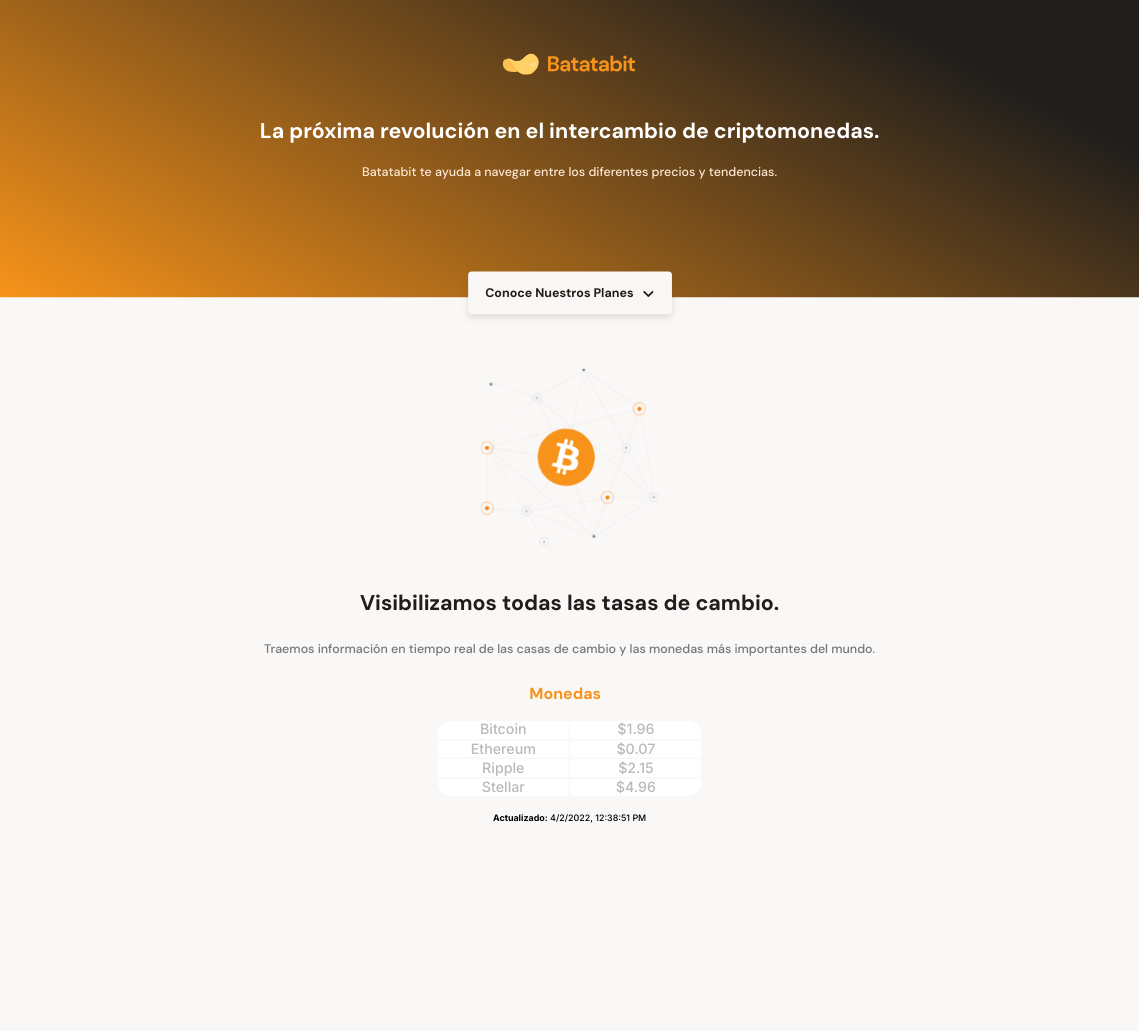
Repository: Pandrea-hub/Batatabit
Page: index.html
The author's editor kept a copy of each file at every save. The page is drawn from the files as they stood at one save, then again after the next save.
The browser window is 1280 px wide. The pictures show the whole page, at 89% of full size.

Above is the page before, as saved 2022-04-09 22:15:28.

### index.html
<!DOCTYPE html>
<html lang="en">
<head>
    <meta charset="UTF-8">
    <meta http-equiv="X-UA-Compatible" content="IE=edge">
    <meta name="viewport" content="width=device-width, initial-scale=1.0">
    <title>Document</title>
    <link rel="preconnect" href="https://fonts.googleapis.com">
    <link rel="preconnect" href="https://fonts.gstatic.com" crossorigin>
    <link href="https://fonts.googleapis.com/css2?family=DM+Sans:wght@400;500;700&family=Inter:wght@300;500;700&display=swap" rel="stylesheet">
    <link rel="stylesheet" href="./style.css">
</head>
<body>
    <header>

        <img src="./assets/img/logo.svg" alt="Logo del header donde estara una patata y el nombre que es Batatabit"/>
        <div class="header--title-container">
            <h1>La próxima revolución en el intercambio de criptomonedas.</h1>
            <p>Batatabit te ayuda a navegar entre los diferentes precios y tendencias.</p>
            <a href="" class="header--button">Conoce Nuestros Planes<span></span></a>
        </div>
    </header>


    <main>
        <section class="main-exchange--container">
            <div class="backgroungImg"></div>
            <div class="main-exchange--container--title">
                <h2>Visibilizamos todas las tasas de cambio.</h2>
                <p>Traemos información en tiempo real de las casas de cambio y las monedas más importantes del mundo.</p>
            </div>

            <section class="main-tables-container">
                <div class="main-currency-table">
                    <p class="currency-table--title">Monedas</p>
                    <div class="currency-table--container">
                        <table>
                            <tr>
                                <tr>
                                    <td class="table__top--left">Bitcoin</td>
                                    <td class="table__top--right table__right">$1.96 <span></span></td>
                                </tr>
                                <tr>
                                    <td>Ethereum</td>
                                    <td class="table__right">$0.07</td>
                                </tr>
                                <tr>
                                    <td>Ripple</td>
                                    <td class="table__right">$2.15</td>
                                </tr>
                                <tr>
                                    <td class="table__bottom--left">Stellar</td>
                                    <td class="table__bottom-right">$4.96</td>
                                </tr>
                            </tr>
                        </table>
                    </div>

                    <div class="currency-table--date">
                        <p><b>Actualizado:</b> <script> document.write(new Date().toLocaleString());</script> </p></p>
                    </div>

                </div>
            </section>
        </section>


        <section>

        </section>



        <section></section>



        <section></section>
    </main>

    <footer></footer>

</body>
</html>

### style.css
/*
1. Position
2. Box model
3. typography
4. Visual themes
5. Others
*/

:root{
    --bitcoin-orange:#F7931A;
    --soft-orange:#FFE9D4;
    --secondary-blue:#1A9AF7;
    --soft-blue:#E7F5FF;
    --warm-black:#201E1C;
    --black: #201e1c;
    --grey: #bababa;
    --off-white: #faf8f7;
    --just-white: #fff;
}

*{
    padding: 0;
    margin: 0;
    box-sizing: border-box;
}


html{
    font-size: 62.5%;
    font-family: "DM Sans", sans-serif;
}

header{
    position: relative;
    display: flex;
    flex-direction:column;
    justify-content: center;
    width: 100%;
    height: 334px;
    min-width: 320px;
    text-align: center;
    background: linear-gradient(207.8deg, #201E1C 16.69%, #F7931A 100%);

}

header img{
    width: 150px;
    height: 24px;
    margin-top: 60px;
    align-self: center;
}

.header--title-container{
    width: 90%;
    min-width: 288px;
    max-width: 900px;
    height: 218px;
    margin-top: 50px;
    text-align: center;
    align-self:center;
}

.header--title-container h1{
    font-size: 2.4rem;
    font-weight: bold;
    line-height: 2.6rem;
    color: var(--just-white);
}

.header--title-container p{
    font-size: 1.4rem;
    font-weight: 500;
    line-height: 1.8rem;
    color:var(--soft-orange);
    margin-top: 2.4rem;
}


.header--title-container .header--button{
    left: calc(50% - 229px/2);
    position: absolute;
    top: 270px;
    display: block;
    margin-top: 35px;
    padding: 15px;
    width: 229px;
    height: 48px;
    background-color: var(--off-white);
    /* Box shadow */
    box-shadow: 0px 4px 8px rgba(89, 73, 30, 0.16);
    border-radius: 4px;
    font-weight: bold;
    font-size: 14px;
    line-height: 18px;
    color:var(--warm-black);
    text-decoration: none;
}

.header--button span{
    display: inline-block;
    width: 13px;
    height: 8px;
    margin-left: 10px;
    background-image: url('./assets/icons/down-arrow.svg');
}

main{
    width: 100%;
    height: auto;
    background-color:var(--off-white);
    min-width: 320px;
}


.main-exchange--container{
    width: 100%;
    height: auto;
    padding-top: 80px;
    padding-bottom: 30px;
    text-align: center;
}

.main-exchange--container--title{
    width: 100%;
    min-width: 288px;
    max-width: 900px;
    margin: 0 auto;
}

.main-exchange--container .backgroungImg{
    width: 200px;
    height: 200px;
    margin: 0 auto;
    margin-bottom: 50px;
    background-image: url(./assets/img/bitcoin.svg);
    background-size: cover;
    background-position: center;
    background-repeat: no-repeat;
}


.main-exchange--container--title h2{
    margin-bottom: 30px;
    font-size: 2.4rem;
    font-weight: bold;
    line-height: 2.6rem;
    align-self:center;
    color:var(--warm-black);
}


.main-exchange--container--title p{
    margin-bottom: 30px;
    font-size: 1.4rem;
    line-height: 1.8rem;
    font-weight: 500;
    color:#757575;
}



.main-currency-table{
    display: flex;
    flex-direction: column;
    width: 70%;
    min-width: 235px;
    max-width: 500px;
    height: 360px;
    margin: 0 auto;
    font-family: "Inter", sans-serif;
}

.main-currency-table .currency-table--title{
    margin-bottom: 15px;
    font-size: 1.8rem;
    font-weight: bold;
    line-height: 2.3rem;
    font-family: "DM Sans";
    color:var(--bitcoin-orange);
    margin-left: -10px;
}


.currency-table--container{
    width: 90%;
    min-width: 230px;
    max-width: 300px;
    height: 90px;
    margin: 0 auto;
}

.currency-table--container table{
    width: 100%;
    height: 100%;
}


.currency-table--container td{
    width: 50%;
    font-size: 1.6rem;
    font-weight: 500;
    line-height: 1.9rem;
    color:var(--grey);
    background-color:var(--just-white);
}

.table__top--left{
    border-radius: 15px 0 0 0;
}

.table__top--right{
    border-radius:0 15px 0 0;
}


.table__bottom-right{
    border-radius:0 0 15px 0;
}

.table__bottom--left{
    border-radius:0 0 0 15px;
}



.currency-table--date{
    margin-top: 16px;

}

After the next save:
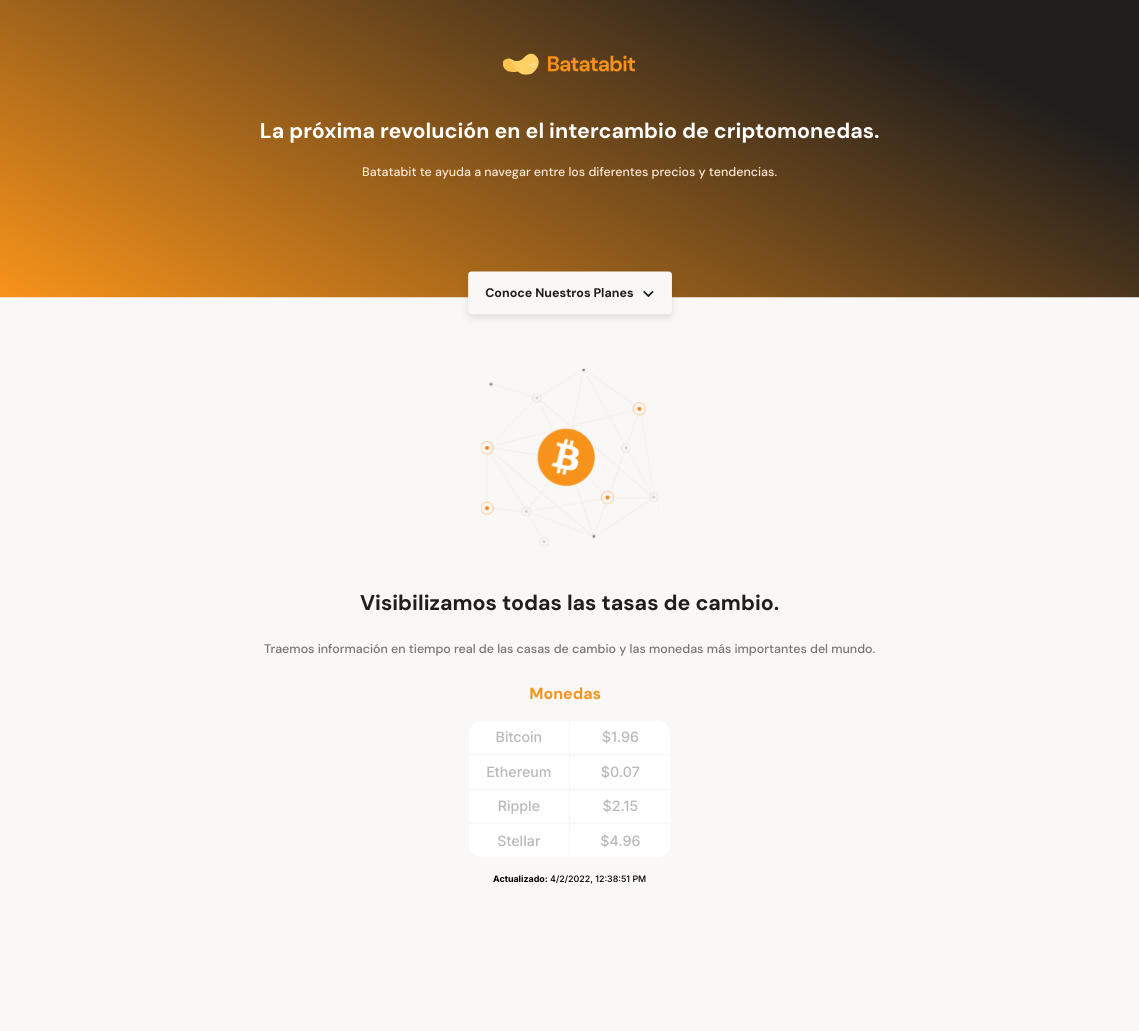
Saved 7 min 13 s later.
--- a/style.css
+++ b/style.css
@@ -186,6 +186,11 @@
     min-width: 230px;
     max-width: 300px;
     height: 90px;
+
+    width: 197px;
+    height: 159px;
+    left: 62px;
+    top: 841px;
     margin: 0 auto;
 }
 
